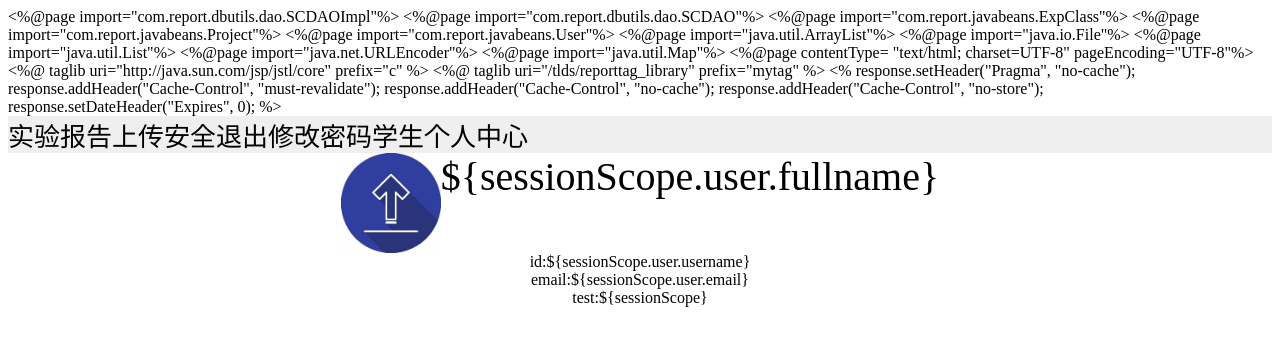
Repository: IAmJiangWenHao/ReportServer
Page: web/demo.html
An editor plug-in stored every save of this project. The page is shown before and after the next save, followed by the edit.
The browser window is 1280 px wide. The pictures show the whole page.

Above is the page before, as saved 2023-06-01 10:41:08.

After the next save:
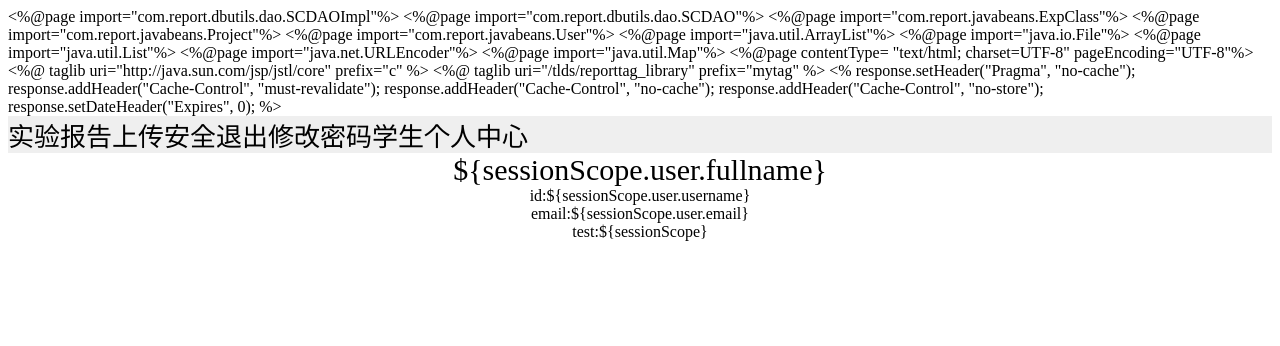
Saved 29 s later.
--- a/web/demo.html
+++ b/web/demo.html
@@ -37,10 +37,8 @@
       <div class="topbar-item"><a style="color: black;text-decoration:none;" href="message.jsp">学生个人中心</a></div>
     </div>
     <div style="display: flex; flex-direction:column;align-items: center;">
-      <div style="display: flex; flex-direction:row;">
-        <img style="vertical-align:bottom" height="100px;" width="100px" src="img/upload.jpg">
-        <div style="font-size: 40px;" >${sessionScope.user.fullname}</div>
-      </div>
+        <div style="font-size: 30px;" >${sessionScope.user.fullname}</div>
+
       <div>id:${sessionScope.user.username}</div>
       <div>email:${sessionScope.user.email}</div>
       <div>test:${sessionScope}</div>
